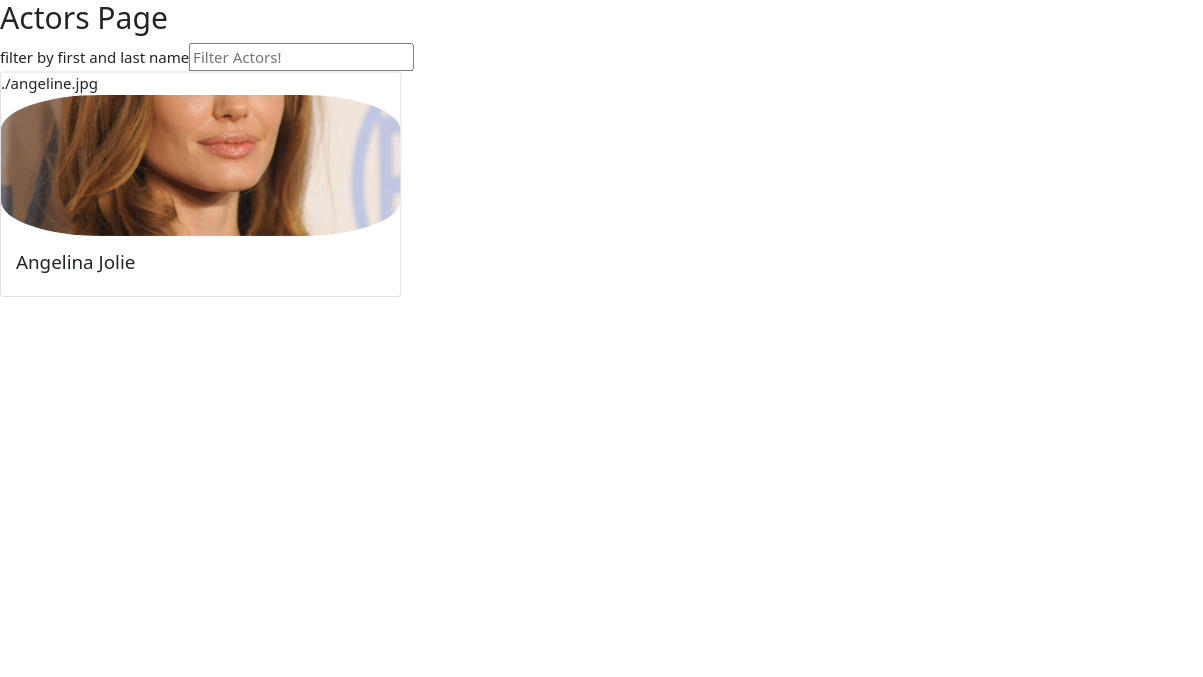
Repository: shuroo/FECourse-react-movieapp
Page: /
The author's editor kept a copy of each file at every save. The page is drawn from the files as they stood at one save, then again after the next save.
The browser window is 1280 px wide. The pictures show the whole page, at 94% of full size.
The project was rebuilt for these pictures with package versions that can differ from the ones it lists, and the page was loaded fresh each time. Also part of the build but not shown: src/App.css.

Above is the page before, as saved 2021-07-24 07:23:26.

After the next save:
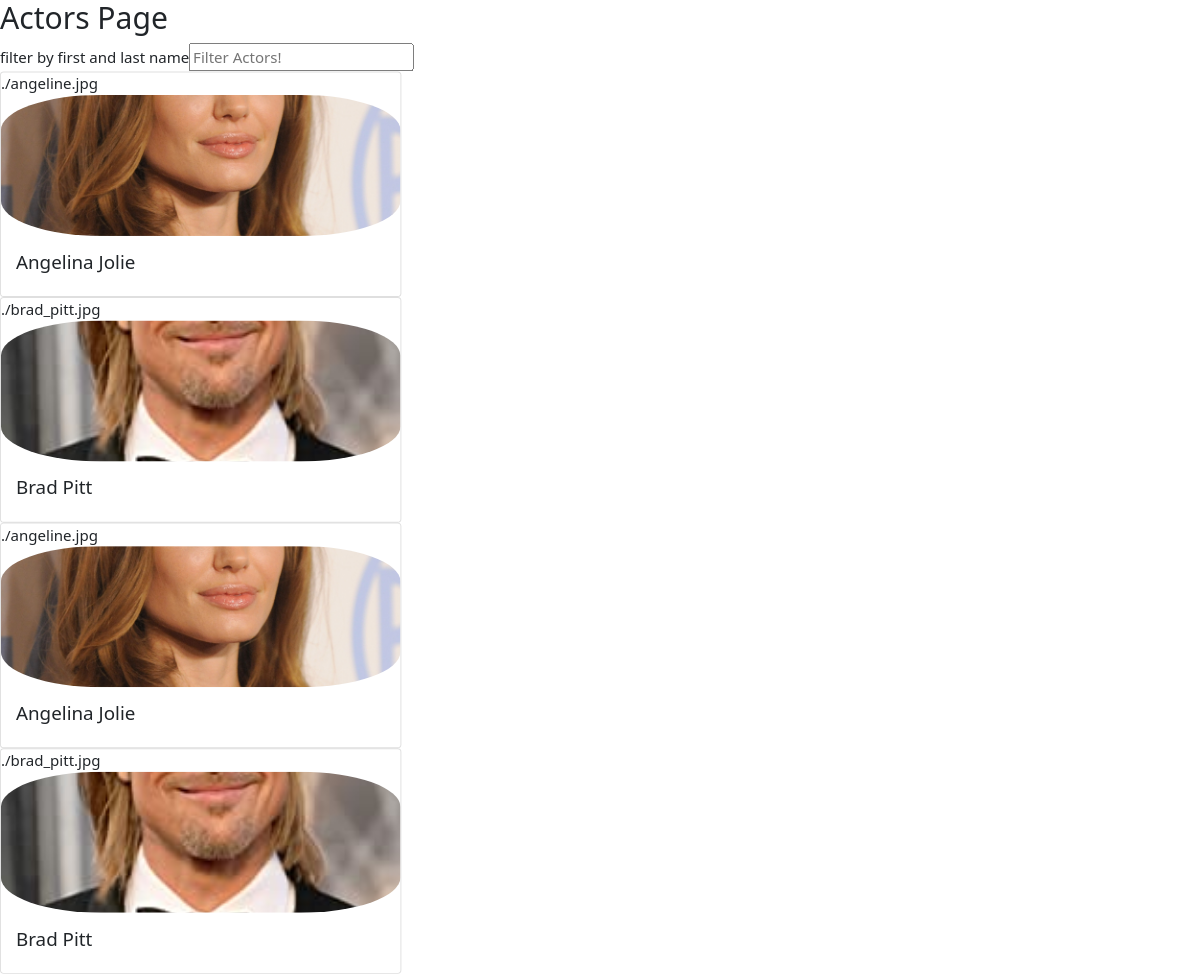
Saved 2 min 47 s later.
--- a/src/pages/ActorsPage.jsx
+++ b/src/pages/ActorsPage.jsx
@@ -11,10 +11,10 @@ function ActorsPage() {
     // new ActorModel("Brad", "Pitt", new Date("04/06/1975"), "../public/images/brad_pitt", "https://www.imdb.com/name/nm0000093/"),
     // ]
 
-    const [actors, setActors] = useState([ new ActorModel("Angelina", "Jolie", new Date("04/06/1975"), "./angeline.jpg", "https://www.imdb.com/name/nm0001401/")//,
-//     new ActorModel("Brad", "Pitt", new Date("04/06/1975"), "brad_pitt.jpg", "https://www.imdb.com/name/nm0000093/"),
-//     new ActorModel("Angelina", "Jolie", new Date("04/06/1975"), "angeline.jpg", "https://www.imdb.com/name/nm0001401/"),
-//     new ActorModel("Brad", "Pitt", new Date("04/06/1975"), "brad_pitt.jpg", "https://www.imdb.com/name/nm0000093/"),
+    const [actors, setActors] = useState([ new ActorModel("Angelina", "Jolie", new Date("04/06/1975"), "./angeline.jpg", "https://www.imdb.com/name/nm0001401/"),
+     new ActorModel("Brad", "Pitt", new Date("04/06/1975"), "./brad_pitt.jpg", "https://www.imdb.com/name/nm0000093/"),
+     new ActorModel("Angelina", "Jolie", new Date("04/06/1975"), "./angeline.jpg", "https://www.imdb.com/name/nm0001401/"),
+     new ActorModel("Brad", "Pitt", new Date("04/06/1975"), "./brad_pitt.jpg", "https://www.imdb.com/name/nm0000093/"),
      ])
 
     // firstName, lastName, birthday, image, imdbLink
